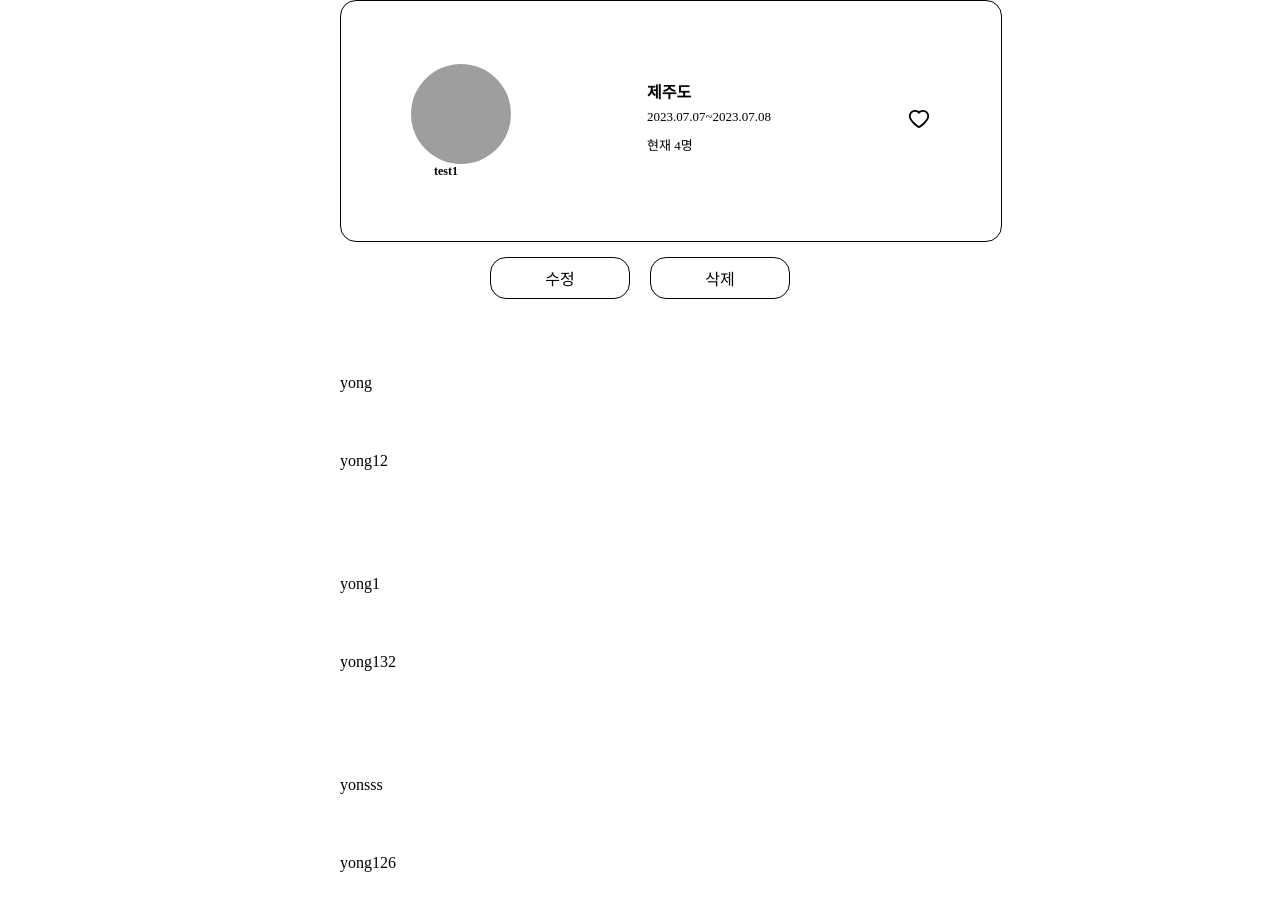
Repository: the-graces/matrip-web
Page: /tripSchedule (app in matrip/)
The author's editor kept a copy of each file at every save. The page is drawn from the files as they stood at one save, then again after the next save.
The browser window is 1280 px wide. The pictures show the whole page.
Pictures or frames that could not be fetched are drawn as grey boxes. The project was rebuilt for these pictures with package versions that can differ from the ones it lists, and the page was loaded fresh each time. Also part of the build but not shown: matrip/src/pages/Main/mainStyle.tsx, matrip/src/pages/Main/Post.tsx, matrip/src/pages/Main/index.tsx, matrip/src/pages/FriendSearch/friendSearchStyle.tsx, matrip/src/pages/FriendSearch/index.tsx, matrip/src/pages/ItineraryInfo/index.scss, matrip/src/pages/ItineraryInfo/itineraryInfoStyle.tsx, matrip/src/pages/ItineraryInfo/index.tsx and 3 more.

Above is the page before, as saved 2023-07-09 12:50:47.

### matrip/src/App.tsx
import React from "react";
import { BrowserRouter, Route, Routes } from "react-router-dom";
import Main from "./pages/Main";

import FriendSearch from "./pages/FriendSearch";
import ItineraryInfo from "./pages/ItineraryInfo";
import UserProfile from "./pages/UserProfile";

import GlobalFonts from "./styles/fonts";
import TripSchedule from "./pages/TripSchedule";

function App() {
   return (
      <BrowserRouter>
         <GlobalFonts />
         <Routes>
            <Route
               path="/"
               element={<Main />}
            />
            <Route
               path="/friendSearch"
               element={<FriendSearch />}
            />
            <Route
               path="/itineraryInfo"
               element={<ItineraryInfo />}
            />
            <Route
               path="/userProfile"
               element={<UserProfile />}
            />
            <Route
               path="/tripSchedule"
               element={<TripSchedule />}
            />
         </Routes>
      </BrowserRouter>
   );
}

export default App;

### matrip/src/styles/fonts/index.js
import { createGlobalStyle } from "styled-components";
import Prentendard from "./Pretendard-Regular.woff2";

export default createGlobalStyle`
@font-face {
    font-family: "Prentendard";
    src: url(${Prentendard}) fromat("woff2");
}`;

### matrip/src/pages/TripSchedule/index.tsx
import React from "react";
import "./index.scss";

import * as iss from "./TripScheduleStyle";
import * as gs from "../../styles/GlobalStyles";
import "./index.scss";
import { fdata } from "../../data/userdata";
import { postdata } from "../../data/postdata";
import { AiOutlineHeart } from "react-icons/ai";

const TripSchedule: React.FC = () => {
  const post = postdata[0];

  return (
    <gs.MainContainer>
      <iss.MainContainer>
        <iss.postBox key={post.id}>
          <iss.profileBox to={"/userProfile"}>
            <iss.profileImgBox>
              <iss.profileImg src={post.imgurl} alt="유저 프로필" />
            </iss.profileImgBox>
            <iss.Nickname>{post.nick}</iss.Nickname>
          </iss.profileBox>
          <iss.postContent to={"/itineraryInfo"}>
            <iss.postTitle>{post.destination}</iss.postTitle>
            <iss.postPeriod>
              {post.startDate}~{post.endData}
            </iss.postPeriod>
            <iss.postPeriod>현재 {post.personnel}명</iss.postPeriod>
          </iss.postContent>
          <div>
            <iss.LikeBtn>
              <AiOutlineHeart size="24" />
            </iss.LikeBtn>
          </div>
        </iss.postBox>

        <iss.TripSchedulePostButton>
          <iss.TripSchedulePostButtonL>수정</iss.TripSchedulePostButtonL>
          <iss.TripSchedulePostButtonR>삭제</iss.TripSchedulePostButtonR>
        </iss.TripSchedulePostButton>

        {fdata.map((friend, index) => (
          <iss.TripScheduleAppList key={index}>
            <iss.TripScheduleAppList>
              <iss.TripScheduleAppList></iss.TripScheduleAppList>
              <iss.TripScheduleAppList>{friend.nick}</iss.TripScheduleAppList>
            </iss.TripScheduleAppList>
            <iss.TripScheduleAppList>
              <iss.TripScheduleAppList>{friend.id}</iss.TripScheduleAppList>
            </iss.TripScheduleAppList>
          </iss.TripScheduleAppList>
        ))}
      </iss.MainContainer>
    </gs.MainContainer>
  );
};

export default TripSchedule;

### matrip/src/styles/GlobalStyles.tsx
import { styled } from "styled-components";

// 전체 화면 컨테이너
export const MainContainer = styled.div`
   width: 100%;
   display: flex;
   justify-content: center;
   font-family: Pretendard;
`;

// 그 안에 들어갈 내용을 감싸는 컨테이너
export const MainBox = styled.div`
   max-width: 600px;
   width: 100%;
   display: flex;
   flex-direction: column;
   align-items: center;

   @media screen and (min-width: 600px) {
      width: 600px;
   }
`;

### matrip/src/data/userdata.ts
export const fdata = [
    {
      nick: 'yong',
      id: 'yong12',
      imgurl:
        'https://img2.daumcdn.net/thumb/R658x0.q70/?fname=https://t1.daumcdn.net/news/202302/21/spotvnews/20230221133133423kfxy.jpg',
      email : "thegracec@asac.com",
      sex : "female",
      birth : "1995.12.12"
    },
    {
      nick: 'yong1',
      id: 'yong132',
      imgurl:
        'https://img2.daumcdn.net/thumb/R658x0.q70/?fname=https://t1.daumcdn.net/news/202302/21/spotvnews/20230221133133423kfxy.jpg',
      email : "thegracec@asac.com",
      sex : "female",
      birth : "1995.12.12"
    },
    {
      nick: 'yonsss',
      id: 'yong126',
      imgurl:
        'https://img2.daumcdn.net/thumb/R658x0.q70/?fname=https://t1.daumcdn.net/news/202302/21/spotvnews/20230221133133423kfxy.jpg',
      email : "thegracec@asac.com",
      sex : "female",
      birth : "1995.12.12"
    },
  ]

### matrip/src/pages/TripSchedule/TripScheduleStyle.tsx
import { Link } from "react-router-dom";
import { styled } from "styled-components";

export const MainContainer = styled.div`
  max-width: 600px;
  width: 100%;

  @media screen and (min-width: 600px) {
    width: 600px;
  }
`;

export const postBox = styled.div`
  width: 100%;
  height: 180px;
  display: flex;
  align-items: center;
  justify-content: space-between;
  border: solid #000 1px;
  border-radius: 16px;
  padding: 30px;
`;

export const profileBox = styled(Link)`
  padding: 0 10px;
  display: flex;
  flex-direction: column;
  align-items: center;
  color: #000;
  text-decoration: none;
`;
export const profileImgBox = styled.div`
  width: 100px;
  height: 100px;
  margin-left: 30px;
`;

export const profileImg = styled.img`
  width: 100%;
  height: 100%;
  object-fit: cover;
  border-radius: 50%;
`;

export const Nickname = styled.h4`
  font-size: 12px;
  font-weight: 600;
  margin: 0;
`;

export const postContent = styled(Link)`
  color: #000;
  text-decoration: none;
`;

export const postTitle = styled.div`
  font-size: 16px;
  font-weight: 800;
  margin-bottom: 6px;
`;

export const postPeriod = styled.div`
  font-size: 13px;
  margin-bottom: 10px;

`;

export const LikeBtn = styled.button`
  border: none;
  background: none;
  cursor: pointer;
  padding: 0 10px;
  margin-right: 30px;
`;

export const TripSchedulePostButton = styled.div`
  width: 50%;
  display: flex;
  border-radius: 40px;
  margin: auto;
  margin-top: 15px;
  gap: 20px;
`;

export const TripSchedulePostButtonL = styled.div`
  width: 100%;
  height: 40px;
  display: flex;
  align-items: center;
  justify-content: space-between;
  border: solid #000 1px;
  border-radius: 16px;
  justify-content: center;
`;

export const TripSchedulePostButtonR = styled.div`
  width: 100%;
  height: 40px;
  display: flex;
  align-items: center;
  justify-content: space-between;
  border: solid #000 1px;
  border-radius: 16px;
  justify-content: center;
`;

export const TripScheduleAppList = styled.div`
  width: 100%;
  margin: 15px 0px;

  display: flex;
  flex-direction: column;
`;

### matrip/src/data/postdata.ts
export const postdata = [
  {
    id: "1",
    nick: "test1",
    imgurl:
      "https://img2.daumcdn.net/thumb/R658x0.q70/?fname=https://t1.daumcdn.net/news/202302/21/spotvnews/20230221133133423kfxy.jpg",
    destination: "제주도",
    startDate: "2023.07.07",
    endData: "2023.07.08",
    personnel: 4,
  },
  {
    id: "2",
    nick: "test2",
    imgurl:
      "https://img2.daumcdn.net/thumb/R658x0.q70/?fname=https://t1.daumcdn.net/news/202302/21/spotvnews/20230221133133423kfxy.jpg",
    destination: "제주도",
    startDate: "2023.07.07",
    endData: "2023.07.08",
    personnel: 4,
  },
  {
    id: "3",
    nick: "test3",
    imgurl:
      "https://img2.daumcdn.net/thumb/R658x0.q70/?fname=https://t1.daumcdn.net/news/202302/21/spotvnews/20230221133133423kfxy.jpg",
    destination: "제주도",
    startDate: "2023.07.07",
    endData: "2023.07.08",
    personnel: 4,
  },
  {
    id: "4",
    nick: "test4",
    imgurl:
      "https://img2.daumcdn.net/thumb/R658x0.q70/?fname=https://t1.daumcdn.net/news/202302/21/spotvnews/20230221133133423kfxy.jpg",
    destination: "제주도",
    startDate: "2023.07.07",
    endData: "2023.07.08",
    personnel: 4,
  },
  {
    id: "5",
    nick: "test5",
    imgurl:
      "https://img2.daumcdn.net/thumb/R658x0.q70/?fname=https://t1.daumcdn.net/news/202302/21/spotvnews/20230221133133423kfxy.jpg",
    destination: "제주도",
    startDate: "2023.07.07",
    endData: "2023.07.08",
    personnel: 4,
  },
];

Loaded but not shown: matrip/public/index.html (common file); matrip/src/index.tsx (common file); matrip/src/index.css (common file); matrip/src/reportWebVitals.ts (common file)

After the next save:
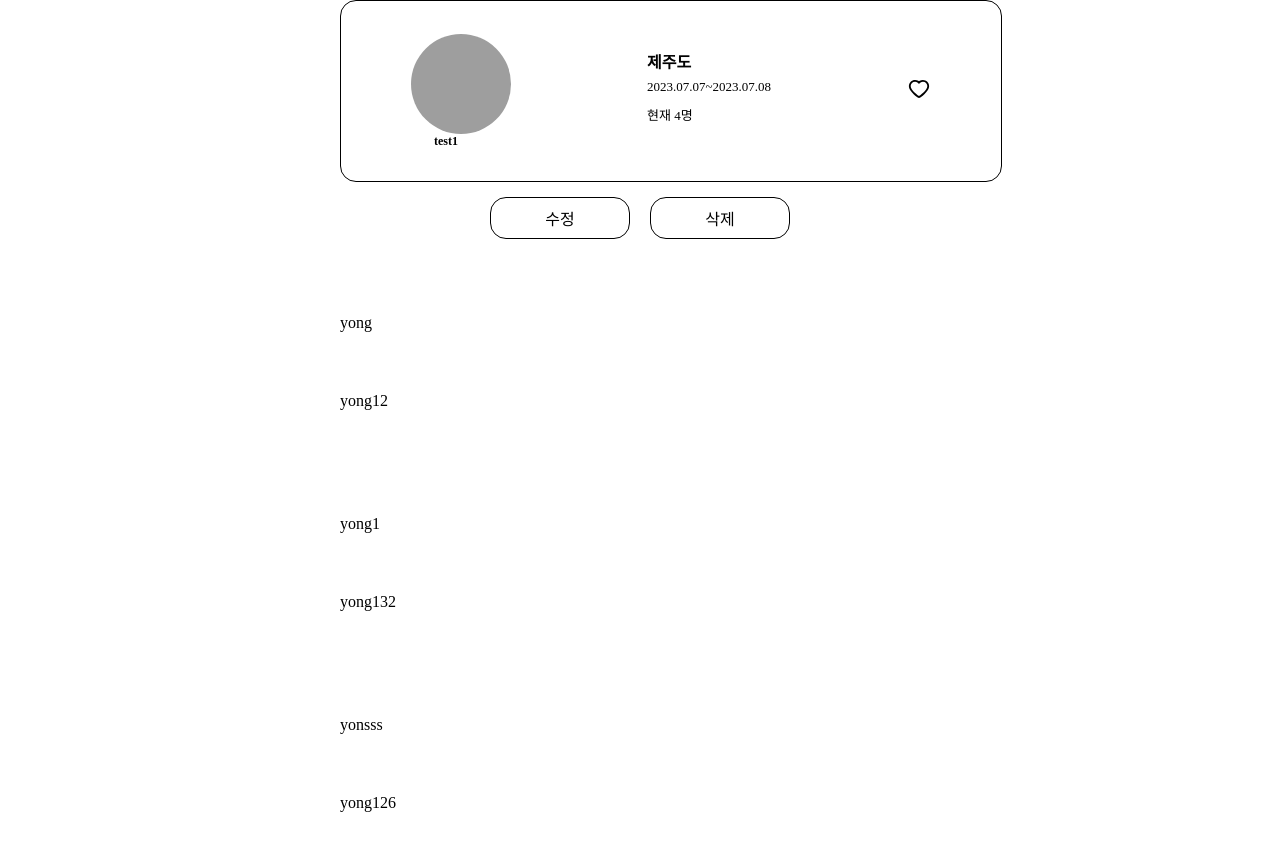
Saved 9 s later.
--- a/matrip/src/pages/TripSchedule/TripScheduleStyle.tsx
+++ b/matrip/src/pages/TripSchedule/TripScheduleStyle.tsx
@@ -12,7 +12,7 @@ export const MainContainer = styled.div`
 
 export const postBox = styled.div`
   width: 100%;
-  height: 180px;
+  height: 120px;
   display: flex;
   align-items: center;
   justify-content: space-between;
